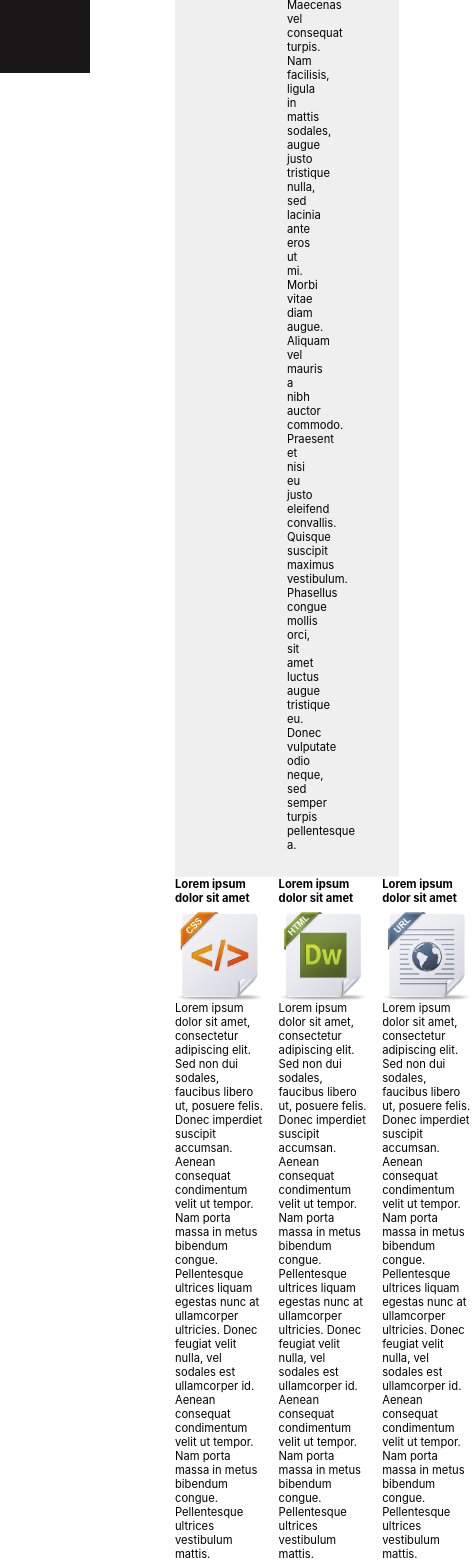
Repository: nganha241/testt
Page: /
An editor plug-in stored every save of this project. The page is shown before and after the next save, followed by the edit.
The browser window is 375 px wide. The page is 674 px wide, then 570 px, so the pictures cover 674 px, including what lies to the right of the window. The pictures show the part of the page from y = 696 to 2936 px (the page is 2936 px tall before and 1958 px after), at 70% of full size.
The project was rebuilt for these pictures with package versions that can differ from the ones it lists, and the page was loaded fresh each time.

Above is the page before, as saved 2023-02-28 11:49:27.

After the next save:
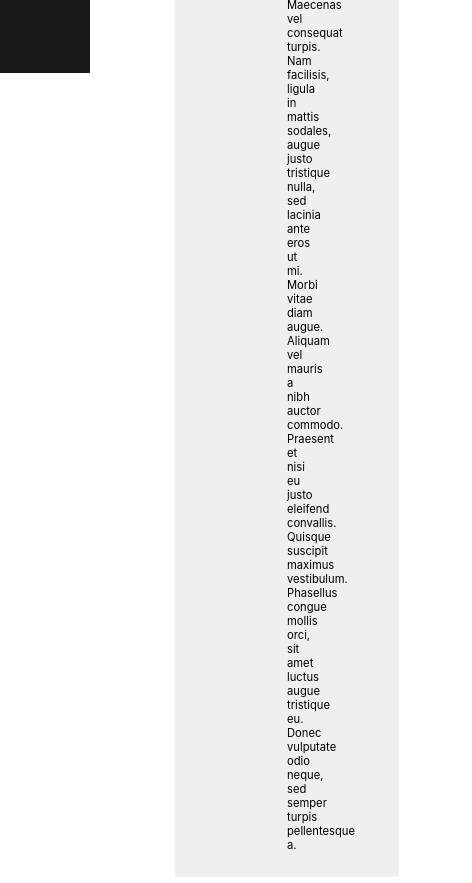
Saved 2 min 36 s later.
--- a/src/pages/home.css
+++ b/src/pages/home.css
@@ -18,3 +18,8 @@
   display: flex;
   gap: 20px;
 }
+@media only screen and (max-width: 480px) {
+  .home-card {
+    display: none;
+  }
+}
